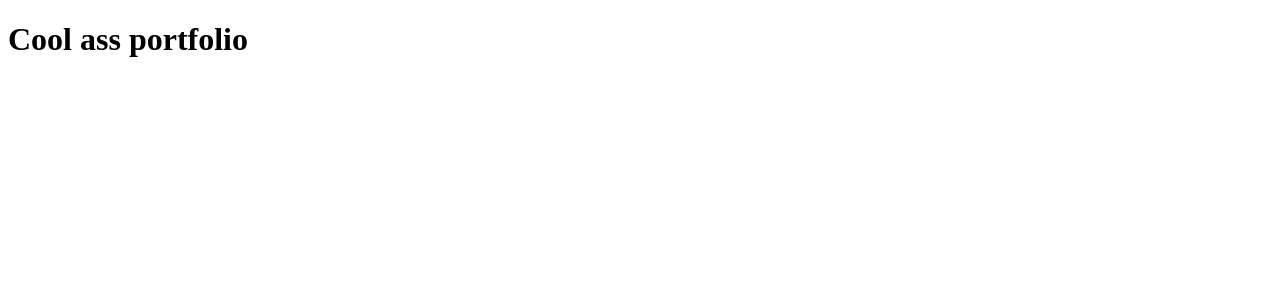
Repository: zackaroo20/zackaroo20
Page: index.html
An editor plug-in stored every save of this project. The page is shown before and after the next save, followed by the edit.
The browser window is 1280 px wide. The pictures show the whole page.

Above is the page before, as saved 2026-05-12 12:32:00.

After the next save:
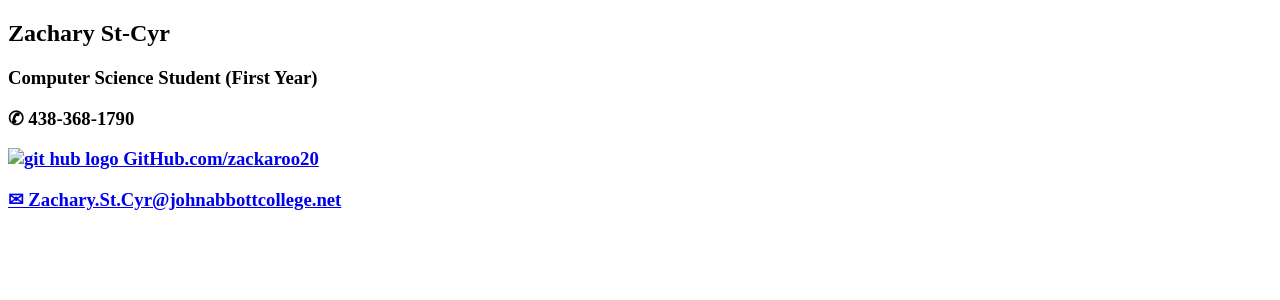
Not found: assets/GHicon.png
Saved 74 s later.
--- a/index.html
+++ b/index.html
@@ -7,8 +7,19 @@
     <link rel="stylesheet" href="./styles/index.css" />
   </head>
   <header>
-    <h1>Cool ass portfolio</h1>
-  </header>
+        <section>
+            <h1>Zachary St-Cyr  </h1> <h3>Computer Science Student (First Year)</h3>
+        </section>
+        <aside>
+            <h3> ✆ 438-368-1790</h3>
+            <h3><a href="https://github.com/zackaroo20"><img src="./assets/GHicon.png" alt="git hub logo"> GitHub.com/zackaroo20</a></h3>
+            <h3><a href="emailto:tomjerrysc@gmail.com"><p class = longemail>✉ Zachary.St.Cyr@johnabbottcollege.net</p></a></h3>
+
+
+
+        </aside>
+
+    </header>
   <body>
     <!-- TODO -->
   </body>
